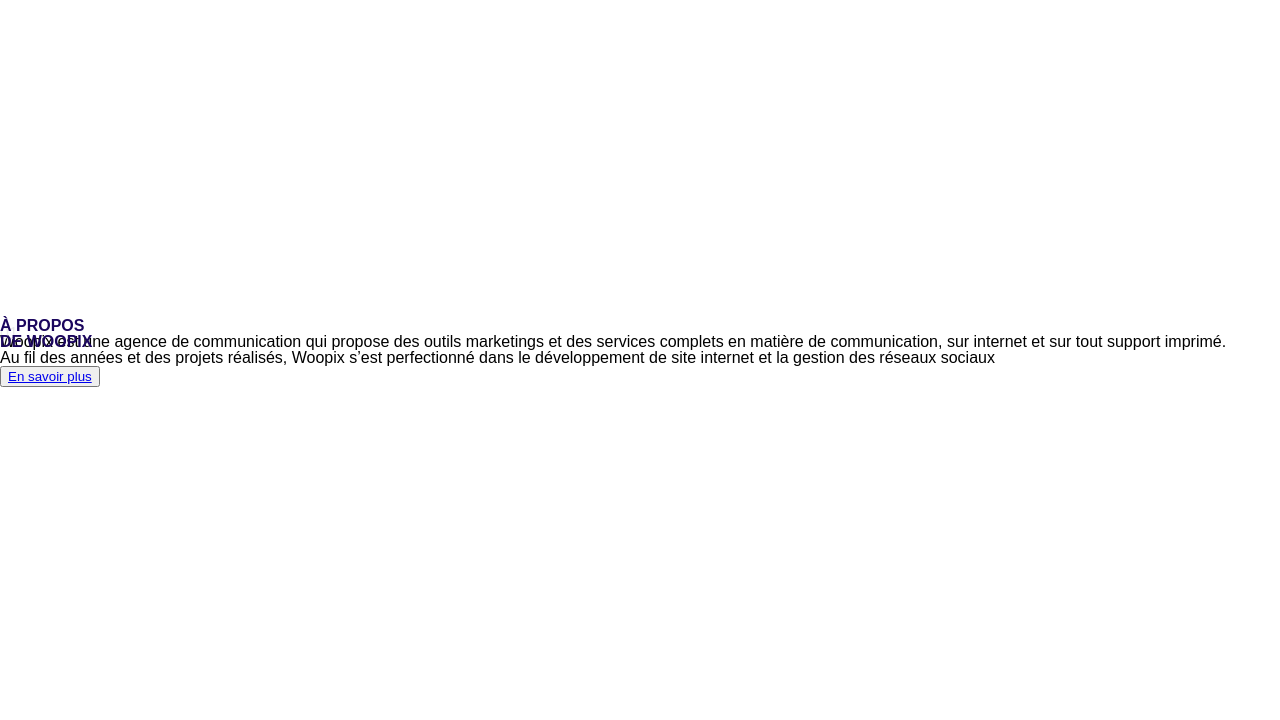
Repository: keloriane/woopix
Page: /about
The author's editor kept a copy of each file at every save. The page is drawn from the files as they stood at one save, then again after the next save.
The browser window is 1280 px wide. The pictures show the whole page.
The project was rebuilt for these pictures with package versions that can differ from the ones it lists, and the page was loaded fresh each time. Also part of the build but not shown: src/pages/Services/components/ServiceItem.js, src/pages/Services/components/ServiceOption.js, src/pages/Services/index.js, src/pages/Home.js.

Above is the page before, as saved 2020-09-24 12:40:14.

### src/index.css
body {
  margin: 0;
  font-family: -apple-system, BlinkMacSystemFont, 'Segoe UI', 'Roboto', 'Oxygen',
    'Ubuntu', 'Cantarell', 'Fira Sans', 'Droid Sans', 'Helvetica Neue',
    sans-serif;
  -webkit-font-smoothing: antialiased;
  -moz-osx-font-smoothing: grayscale;
}

code {
  font-family: source-code-pro, Menlo, Monaco, Consolas, 'Courier New',
    monospace;
}

@font-face {
  font-family: 'Futura PT';
  font-style: normal;
  font-weight: 100;
  src: local('Futura PT Light'),
  local('Futura-PT-Light'),
  url(/public/fonts/FuturaPTLight.otf) format('otf');
}

@font-face {
  font-family: 'Futura PT';
  font-style: normal;
  font-weight: 400;
  src: local('Futura PT Book'),
  local('Futura-PT-Book'),
  url(/assets/fonts/FuturaPTBook.otf) format('otf');
}

@font-face {
  font-family: 'Futura PT';
  font-style: normal;
  font-weight: 500;
  src: local('Futura PT Medium'),
  local('Futura-PT-Medium'),
  url(/assets/fonts/FuturaPTMedium.otf) format('otf');
}

@font-face {
  font-family: 'Futura PT';
  font-style: normal;
  font-weight: 600;
  src: local('Futura PT Demi'),
  local('Futura-PT-Demi'),
  url(/assets/fonts/FuturaPTDemiOblique.otf) format('otf');
}

@font-face {
  font-family: 'Futura PT';
  font-style: normal;
  font-weight: 700;
  src: local('Futura PT Bold'),
  local('Futura-PT-Bold'),
  url(/assets/fonts/FuturaPTBold.otf) format('otf');
}


@font-face {
  font-family: 'Futura PT';
  font-style: normal;
  font-weight: 900;
  src: local('Futura PT Heavy'),
  local('Futura-PT-Heavy'),
  url(/assets/fonts/FuturaPTHeavy.otf) format('otf');
}

### src/App.js
import React from 'react';
import './App.css';
import { BrowserRouter as HashRouter, Switch, Route } from "react-router-dom";
import {createGlobalStyle,ThemeProvider} from "styled-components";
import Services from './pages/Services'
import { Home } from './pages/Home';
import { About } from './pages/About';


const theme = {
  green: '#8DC63F',
  blue: '#1B065E'
};


function App() {
  return (
    <HashRouter>
      <Switch>
        <div className="App">
          <ThemeProvider theme={theme}>
          <Route exact path="/" component={Home} />
          <Route exact path="/about" component={About} />
          <Route exact path="/services" component={Services} />
          </ThemeProvider>
        </div>
      </Switch>
    </HashRouter>
  );
}

export default App;

### src/pages/About/index.js
import React from "react";
import styled from "styled-components";
import { Link } from "react-router-dom";

export const About = () => {
  const AboutWrapper = styled.div`
    #about {
      height: 100vh;
      width: 100vw;
      display: flex;
      align-items: center;
      font-family: "Futura PT", sans-serif;
    }
    .main-title {
      display: flex;
      font-style: normal;
      align-items: center;
      position: relative;
      width: 100%;
      .title {
        position: absolute;

        h2 {
          font-weight: bold;

          text-transform: uppercase;
          color: #1b065e;
          display: flex;
          align-items: center;
        }
      }
      .number-title {
        position: absolute;

        h2 {
          font-style: normal;

          text-transform: uppercase;
          color: #ececec;
        }
      }
    }
    @media screen and (max-width: 596px) {
      #about {
        .about-wrapper {
          display: flex;
          align-items: flex-start;
          flex-direction: column;
          justify-content: space-around;
          height: 445px;
          margin: auto;

          .main-title {
            display: flex;
            font-style: normal;
            align-items: center;
            position: relative;
            width: 100%;
            max-width: 311px;
            height: 72px;
            .title {
              position: absolute;
              left: 81px;
              h2 {
                font-weight: bold;
                font-size: 34px;
                line-height: 107.33%;
                text-transform: uppercase;
                color: #1b065e;
                display: flex;
                align-items: center;
              }
            }
            .number-title {
              position: absolute;

              h2 {
                font-style: normal;
                font-weight: 800;
                font-size: 92.2247px;
                line-height: 107.33%;
                text-transform: uppercase;
                color: #ececec;
              }
            }
          }
          .text-container {
            max-width: 397px;
            width: 100%;
            margin: 0 auto;
            .inner-text {
              display: flex;
              justify-content: center;
              flex-direction: column;
              width: 100%;
              p {
                font-style: normal;
                font-weight: normal;
                font-size: 19px;
                line-height: 160.2%;
                /* or 30px */
                text-align: left;

                color: rgba(0, 0, 0, 0.6);
              }
            }
          }
          .call-to-action {
            button {
              width: 172px;
              height: 38px;
              background: #8dc63f;
              border: 1px solid #8dc63f;
              box-sizing: border-box;
              border-radius: 2px;
              a {
                text-decoration: none;
                font-style: normal;
                font-weight: 600;
                font-size: 17px;
                line-height: 22px;
                /* identical to box height, or 129% */
                display: flex;
                align-items: center;
                letter-spacing: 0.04em;
                color: #ffffff;
                /* Inside Auto Layout */
                flex: none;
                order: 0;
                align-self: center;
                margin: 10px 0px;
              }
            }
          }
        }
      }
    }
    @media screen and (max-width: 992px) {
      #about {
        .about-wrapper {
          width: 100%;
          max-width: 643px;
          height: 804px;
          margin: auto;
          flex-direction: column;
          justify-content: space-around;

          .main-title {
            width: 530px;
            height: 160px;
            .number-title {
              h2 {
                font-weight: 800;
                font-size: 144px;
              }
            }
            .title {
              left: 147px;
              h2 {
                font-size: 64px;
                line-height: 107.33%;

                text-transform: uppercase;

                color: #1b065e;
              }
            }
          }
        }
        .text-container {
          width: 100%;
          max-width: 625.92px;
          height: 429px;
          margin: 0 auto;
          .inner-text {
            p {
              font-family: Futura PT;
              font-style: normal;
              font-weight: normal;
              font-size: 34.076px;
              line-height: 160.2%;
              span {
                color: ${(props) => props.theme.green};
              }
            }
          }
        }
      }
    }
  `;
  return (
    <AboutWrapper>
      <div id="about">
        <div className="about-wrapper">
          <div className="main-title">
            <div className="number-title">
              <h2>01</h2>
            </div>
            <div className="title">
              <h2>
                à propos <br></br>de woopix{" "}
              </h2>
            </div>
          </div>
          <div className="text-container">
            <div className="inner-text">
              <p>
                Woopix est une <span>agence de communication</span> qui propose
                des <span>outils marketings</span> et des services{" "}
                <span>complets</span> en matière de communication, sur internet
                et sur tout support imprimé.
              </p>
            </div>
            <div className="inner-text">
              <p>
                Au fil des années et des projets réalisés, Woopix s’est
                perfectionné dans le développement{" "}
                <span>de site internet et la gestion des réseaux sociaux</span>
              </p>
            </div>
          </div>
          <div className="call-to-action">
            <button>
              <Link to="/services">En savoir plus</Link>
            </button>
          </div>
        </div>
      </div>
    </AboutWrapper>
  );
};

export default About;

### src/global/Container.js
import React, { useEffect } from "react";
import styled, { withTheme } from "styled-components";

const GlobalContainer = (props) => {
  return <Container>{props.children}</Container>;
};

export default withTheme(GlobalContainer);

const Container = styled.div`
  height: 100%;
  width: 100%;
  font-size: 1.5em;
  text-align: center;
  background-color: red;
  max-width: 1025px;

  .call-to-action {
    button {

      background: #8dc63f;
      border: 1px solid #8dc63f;
      box-sizing: border-box;
      border-radius: 2px;
      a {
        text-decoration: none;
        font-style: normal;

        /* identical to box height, or 129% */
        display: flex;
        align-items: center;
        letter-spacing: 0.04em;

        /* Inside Auto Layout */
        flex: none;
        order: 0;
        align-self: center;
        margin: 10px 0px;
      }
    }
  }

  @media (min-width: 576px) {
    background-color: orange;
  }

  /* Medium devices (tablets, 768px and up) The navbar toggle appears at this breakpoint */
  @media (min-width: 768px) {
    background-color: green;
  }

  /* Large devices (desktops, 992px and up) */
  @media (min-width: 992px) {
    background-color: black;
  }

  /* Extra large devices (large desktops, 1200px and up) */
  @media (min-width: 1200px) {
    background-color: brown;
  }
`;

Loaded but not shown: public/index.html (common file); src/index.js (common file); src/serviceWorker.js (common file); src/App.css (common file)

After the next save:
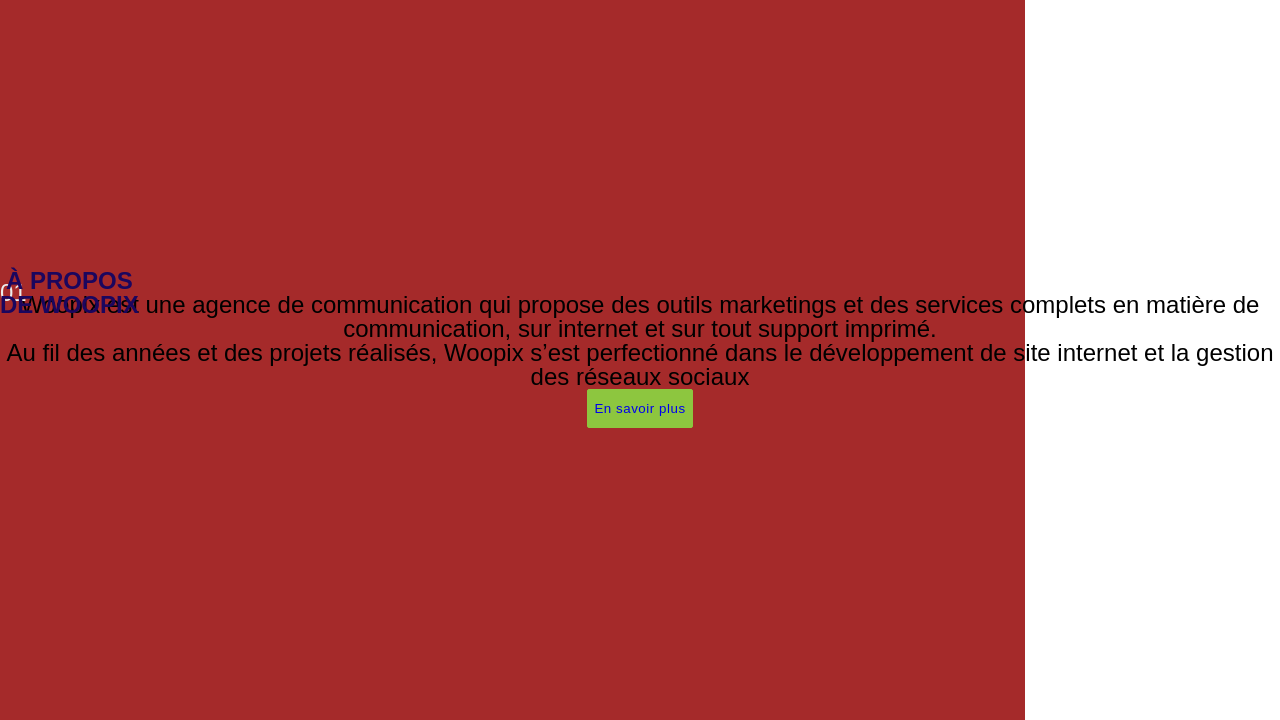
Saved 54 s later.
--- a/src/pages/About/index.js
+++ b/src/pages/About/index.js
@@ -1,6 +1,7 @@
 import React from "react";
 import styled from "styled-components";
 import { Link } from "react-router-dom";
+import Container from "./../../global/Container";
 
 export const About = () => {
   const AboutWrapper = styled.div`
@@ -189,6 +190,8 @@
     }
   `;
   return (
+      <Container>
+
     <AboutWrapper>
       <div id="about">
         <div className="about-wrapper">
@@ -227,6 +230,7 @@
         </div>
       </div>
     </AboutWrapper>
+      </Container>
   );
 };
 
